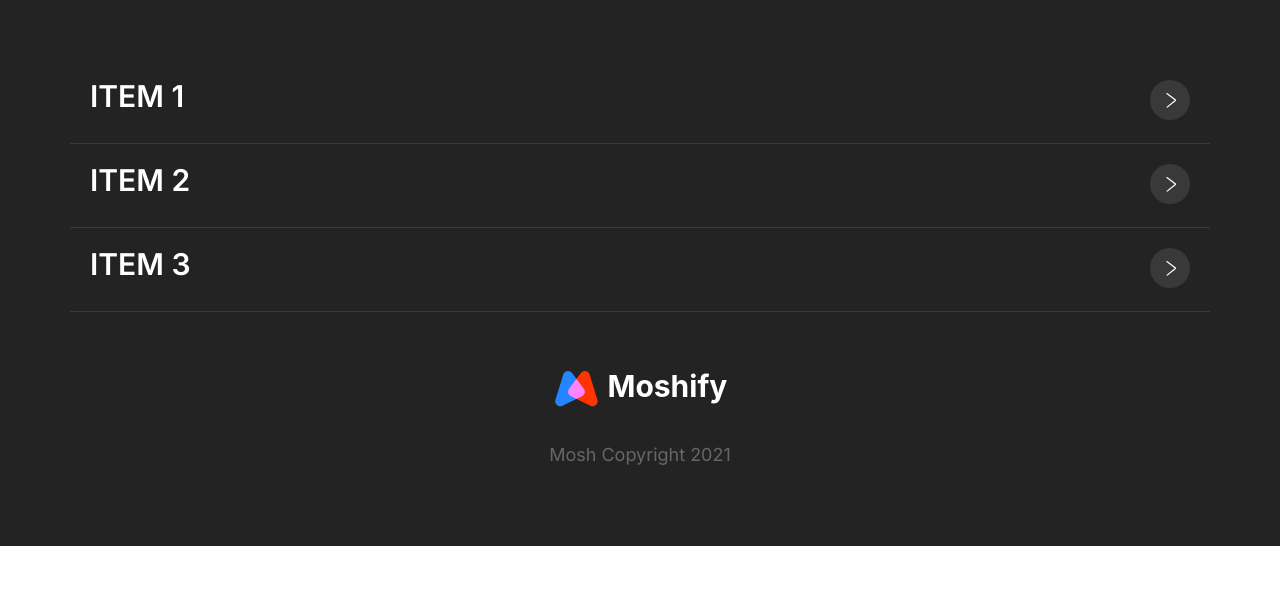
Repository: LeonUIO/first_website
Page: index.html
These files come from the project's save history. The page is drawn as it stood at one moment and after a run of saves; the edit follows.
The browser window is 1280 px wide. The pictures show the whole page.

Above is the page before, as saved 2021-04-14 09:35:31.

After the next 3 saves:
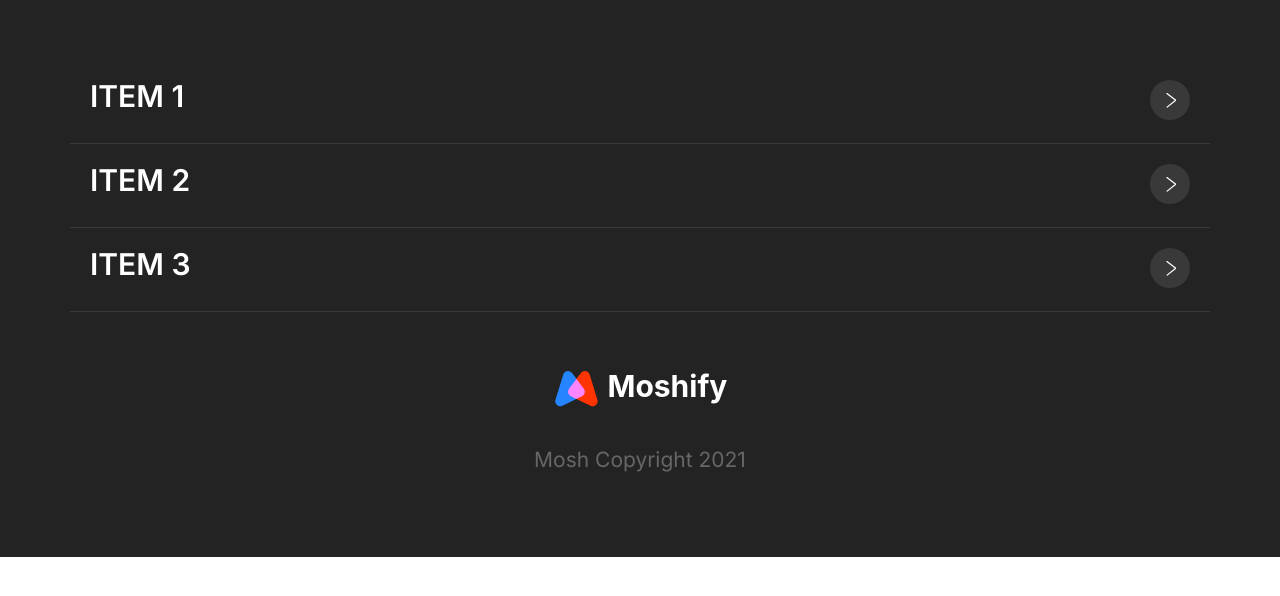
The 3 saves are shown as one change because they came seconds apart.
The last was saved 11 s later.
--- a/css/styles.css
+++ b/css/styles.css
@@ -833,7 +833,7 @@ a {
 }
 
 .footer__copyright {
-  color:#fff;
-  opacity:.3;
-
-}
+  color: #fff;
+  opacity: 0.3;
+  font-size: 2.1rem;
+}
